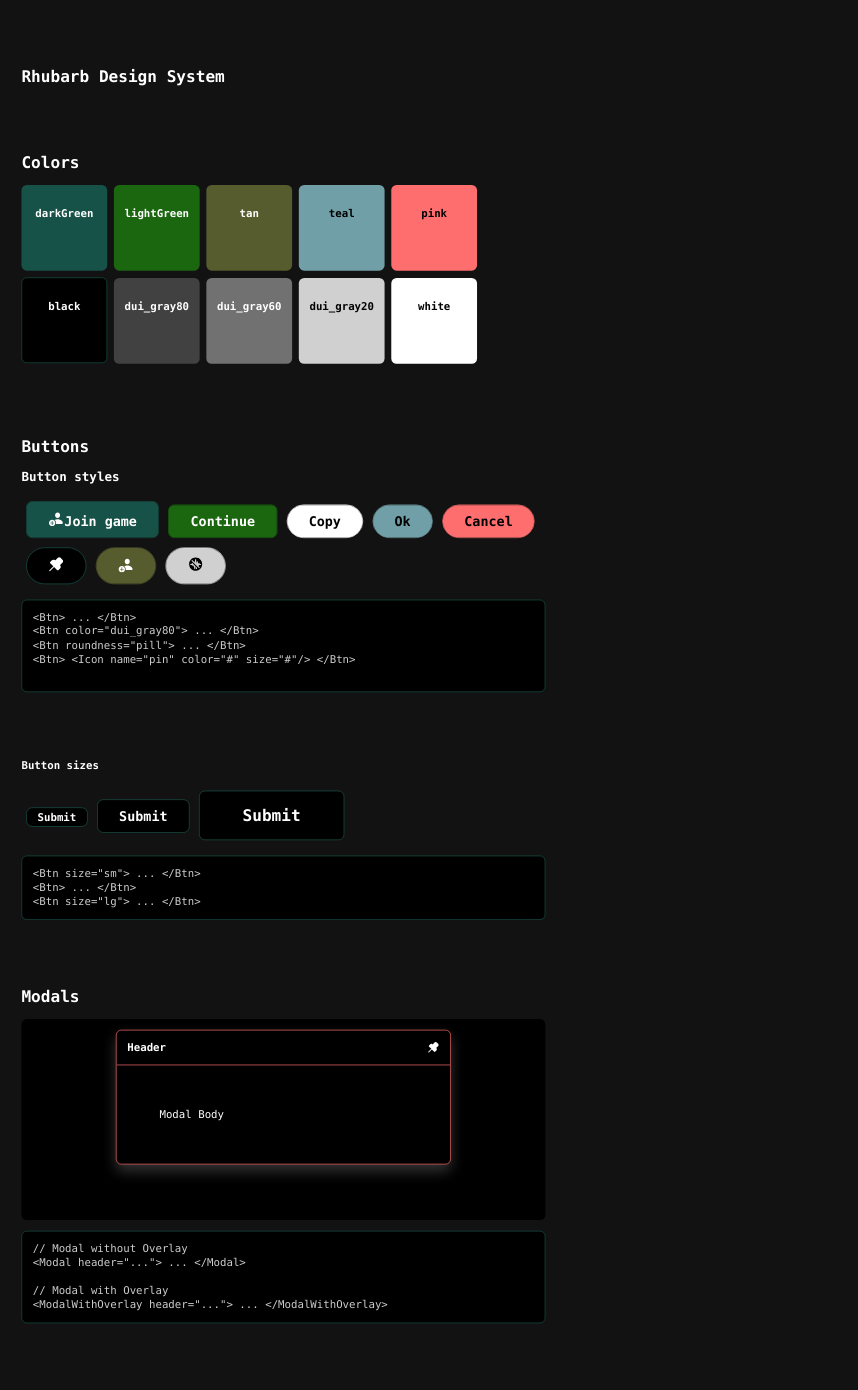
Repository: kttalley/designing-with-data_react-class
Page: / (app in lesson6_design-system-component-extension/)
The author's editor kept a copy of each file at every save. The page is drawn from the files as they stood at one save, then again after the next save.
The browser window is 1280 px wide. The pictures show the whole page, at 67% of full size.
The project was rebuilt for these pictures with package versions that can differ from the ones it lists, and the page was loaded fresh each time. Imported but missing from the stored project, and not drawn on this page: lesson6_design-system-component-extension/src/Rhubarb/Input.

Above is the page before, as saved 2023-09-01 13:17:03.

After the next save:
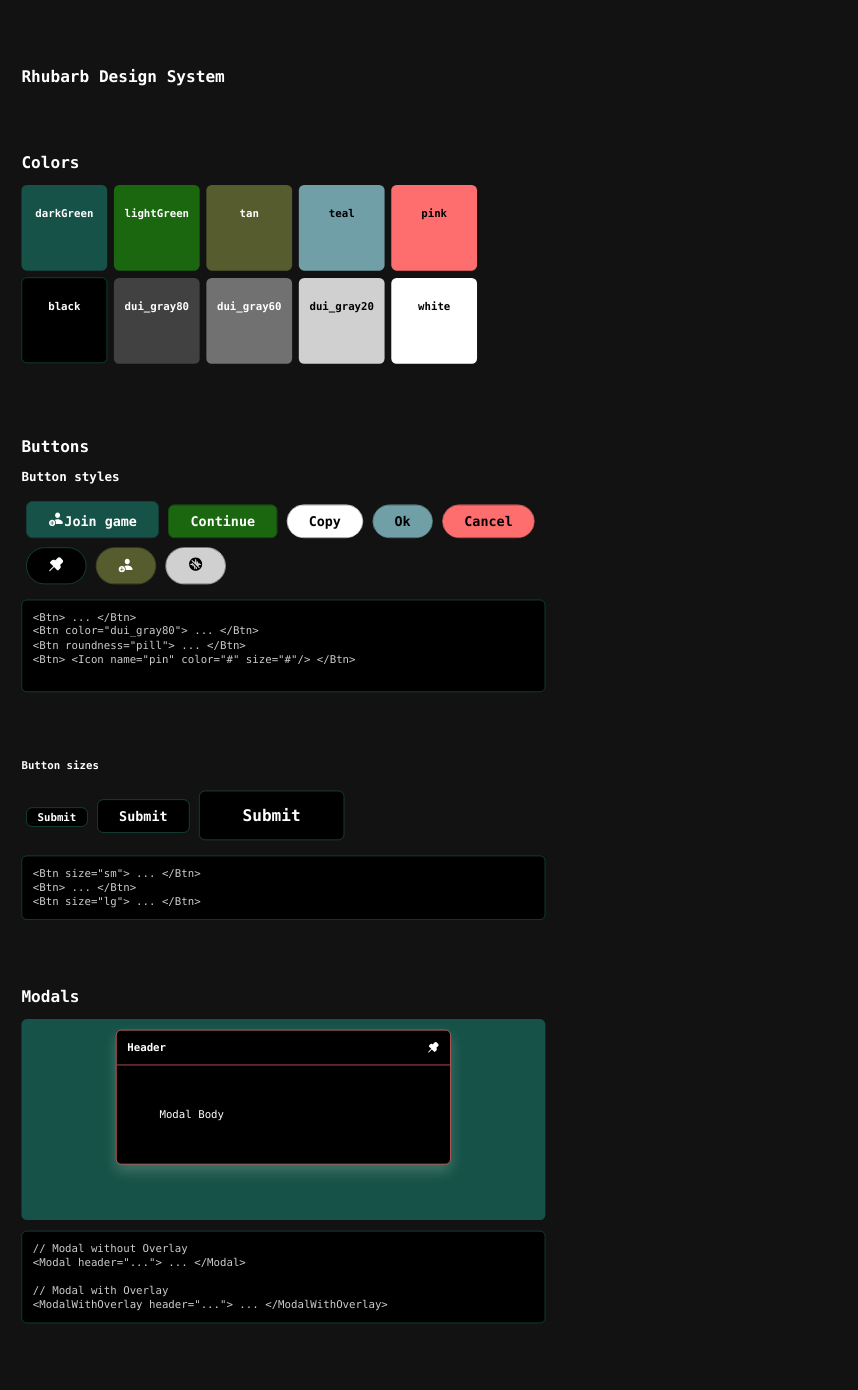
Saved 16 s later.
--- a/lesson6_design-system-component-extension/src/Docs/index.js
+++ b/lesson6_design-system-component-extension/src/Docs/index.js
@@ -26,7 +26,7 @@ export const DocsModalContainer = styled.section`
   height: 300px;
   border-radius: 8px;
   padding: 1rem;
-  background: ${color.black}
+  background: ${color.darkGreen}
 `;
 
 export const DocsCodeBlock = styled.code`
